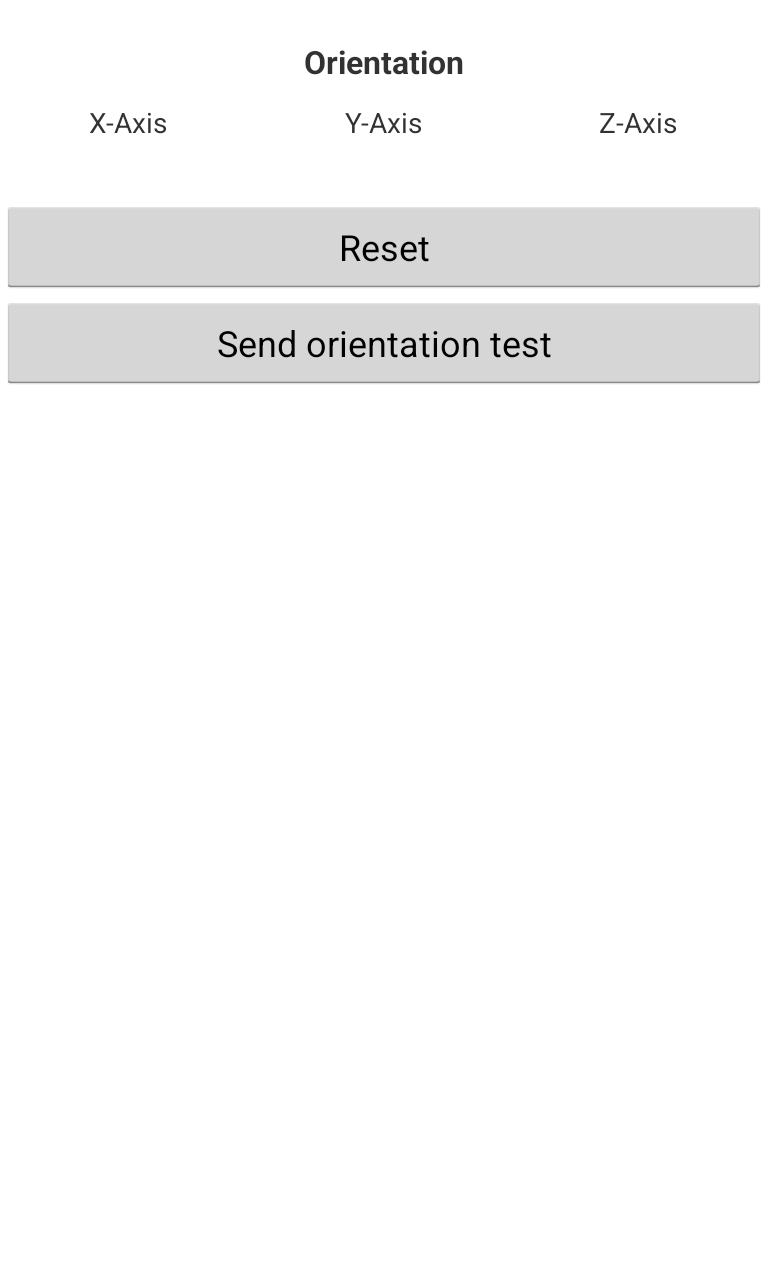
Repository: 3lim/DroidAhoy
Layout: AhoyApp - Send Float/res/layout/main.xml
The author's editor kept a copy of each file at every save. The layout is drawn from the files as they stood at one save, then again after the next save.
It is drawn on a 768 x 1280 px phone screen (xhdpi) without system bars, with theme AppTheme; the app's code is not run. Lists and similar views that code fills are empty.

Above is the layout before, as saved 2013-11-26 09:55:31.

### AhoyApp - Send Float/res/layout/main.xml
<?xml version="1.0" encoding="utf-8"?>



<LinearLayout xmlns:android="http://schemas.android.com/apk/res/android"



android:orientation="vertical"

android:layout_width="fill_parent"

android:layout_height="fill_parent">

<TextView
    android:layout_width="fill_parent"
    android:layout_height="wrap_content"
    android:gravity="center"
    android:paddingTop="20dip"
    android:text="Orientation"
    android:textSize="16sp"
    android:textStyle="bold" />

<TableLayout

android:paddingTop="10dip"

android:layout_width="fill_parent"

android:layout_height="wrap_content"

android:stretchColumns="*">

    <TableRow>

<TextView

android:layout_width="wrap_content"

android:layout_height="wrap_content"

android:textSize="14sp"

android:text="X-Axis"

android:gravity="center"/>

<TextView

android:layout_width="wrap_content"

android:layout_height="wrap_content"

android:textSize="14sp"

android:text="Y-Axis"

android:gravity="center"/>

<TextView

android:layout_width="wrap_content"

android:layout_height="wrap_content"

android:textSize="14sp"

android:text="Z-Axis"

android:gravity="center"/>

</TableRow>

<TableRow>

<TextView

android:layout_width="wrap_content"

android:layout_height="wrap_content"

android:id="@+id/x_axis"

android:gravity="center"/>

<TextView

android:layout_width="wrap_content"

android:layout_height="wrap_content"

android:id="@+id/y_axis"

android:gravity="center"/>

<TextView

android:layout_width="wrap_content"

android:layout_height="wrap_content"

android:id="@+id/z_axis"

android:gravity="center"/>

</TableRow>

</TableLayout>

<ImageView

android:paddingTop="10dip"

android:layout_width="wrap_content"

android:layout_height="wrap_content"

android:id="@+id/image"

android:layout_gravity="center"

android:visibility="invisible"/>

<!--
<EditText
android:id="@+id/text_message"
android:layout_width="fill_parent"
android:layout_height="wrap_content"
android:layout_alignParentBottom="true"
android:enabled="false"
-->

<Button
android:id="@+id/send_message"
android:text="Reset"
android:layout_width="fill_parent"
android:layout_height="wrap_content"
android:layout_above="@id/send_message"
/>

<Button
android:id="@+id/button_listen"
android:text="Send orientation test"
android:layout_width="fill_parent"
android:layout_height="wrap_content"
android:layout_above="@id/button_listen"
/>

<ListView
android:id="@+id/list_discovered"
android:layout_width="fill_parent"
android:layout_height="fill_parent"
android:layout_above="@id/button_listen"
android:layout_alignParentTop="true"
/>
<TextView
android:id="@+id/text_messages"
android:layout_width="fill_parent"
android:layout_height="fill_parent"
android:layout_above="@id/button_listen"
android:layout_alignParentTop="true"
android:visibility="gone"
/>


</LinearLayout>

Loaded but not shown: AhoyApp - Send Float/res/values/styles.xml (common file); AhoyApp - Send Float/res/values-v11/styles.xml (common file); AhoyApp - Send Float/res/values-v14/styles.xml (common file)

After the next save:
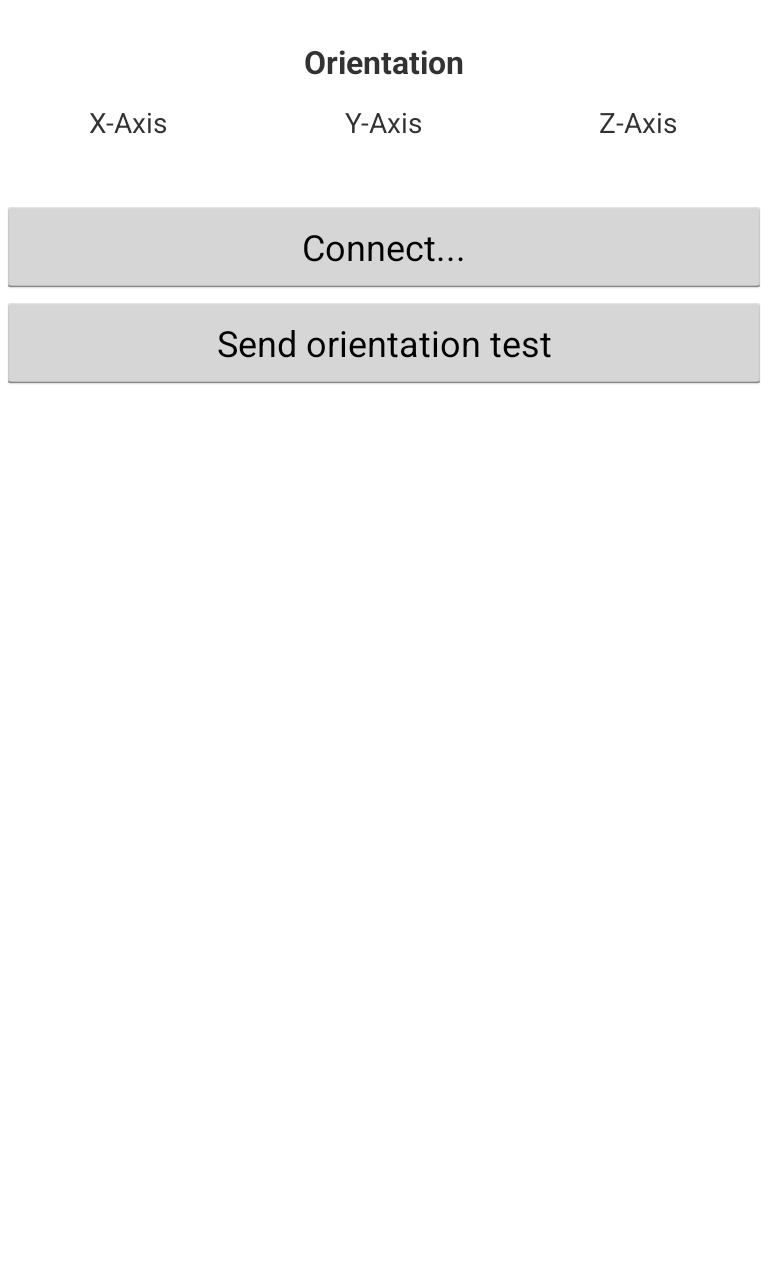
Saved 2 min 23 s later.
--- a/AhoyApp - Send Float/res/layout/main.xml
+++ b/AhoyApp - Send Float/res/layout/main.xml
@@ -132,7 +132,7 @@ android:enabled="false"
 
 <Button
 android:id="@+id/send_message"
-android:text="Reset"
+android:text="Connect..."
 android:layout_width="fill_parent"
 android:layout_height="wrap_content"
 android:layout_above="@id/send_message"
